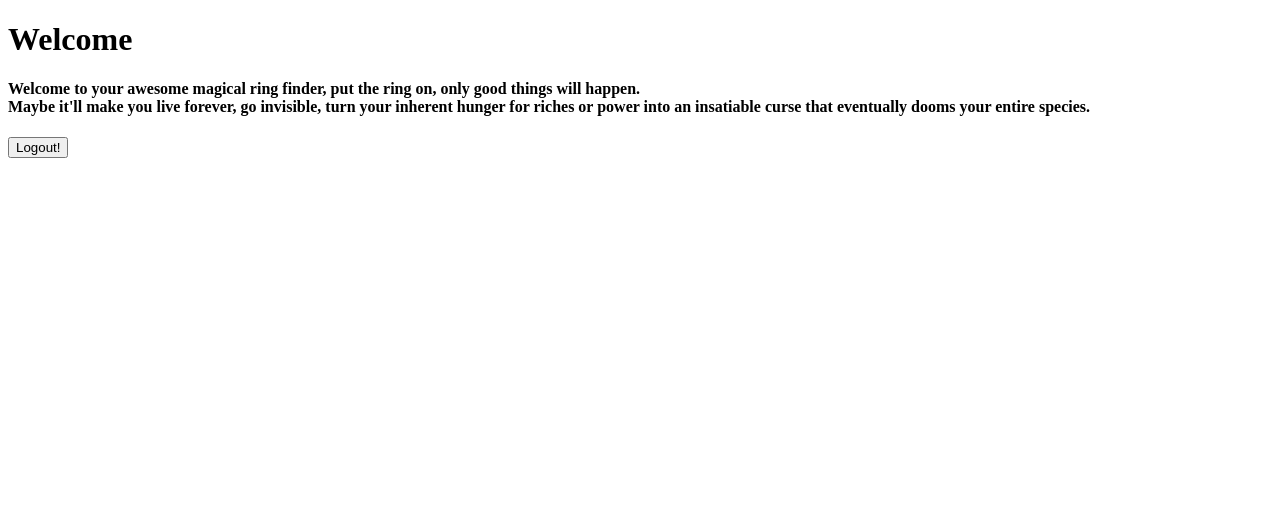
Repository: jshin07/Java
Page: http://localhost/javareviewer/WEB-INF/bind_darkness.jsp
The author's editor kept a copy of each file at every save. The page is drawn from the files as they stood at one save, then again after the next save.
The browser window is 1280 px wide. The pictures show the whole page.
The page is served by Tomcat 9. Nobody is signed in. The template is opened directly, without the code that normally fills it, so the values that code supplies are empty.

Above is the page before, as saved 2017-07-25 21:20:12.

After the next save:
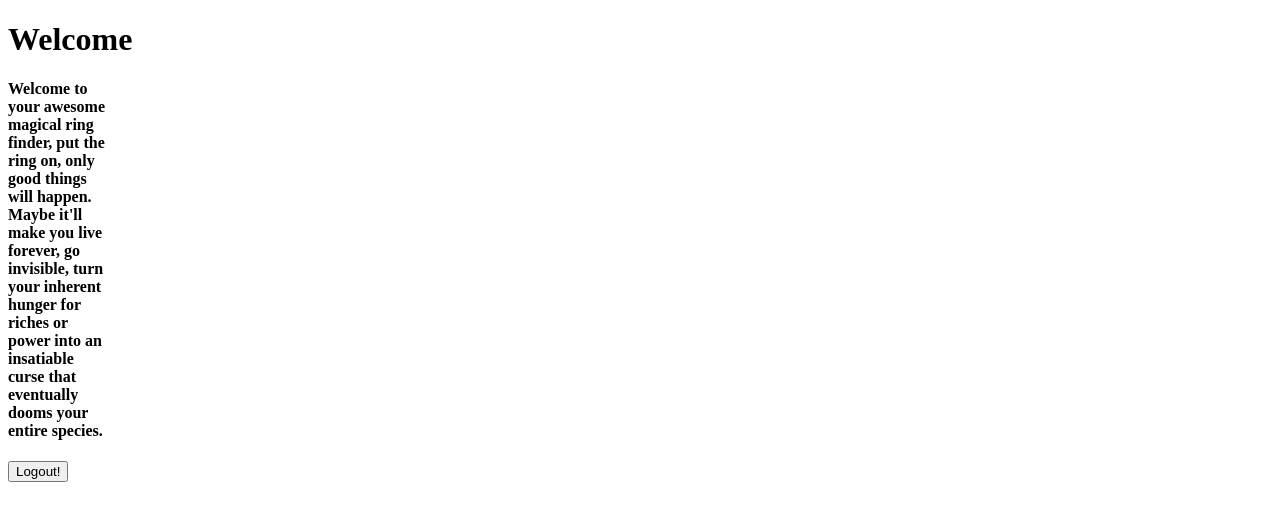
Saved 14 s later.
--- a/SpringTool/javareviewer/src/main/webapp/WEB-INF/bind_darkness.jsp
+++ b/SpringTool/javareviewer/src/main/webapp/WEB-INF/bind_darkness.jsp
@@ -10,7 +10,7 @@
 </head>
 <body>
 	<style>
-		h1 {
+		h4 {
 		width: 100px;
 		}
 	</style>
